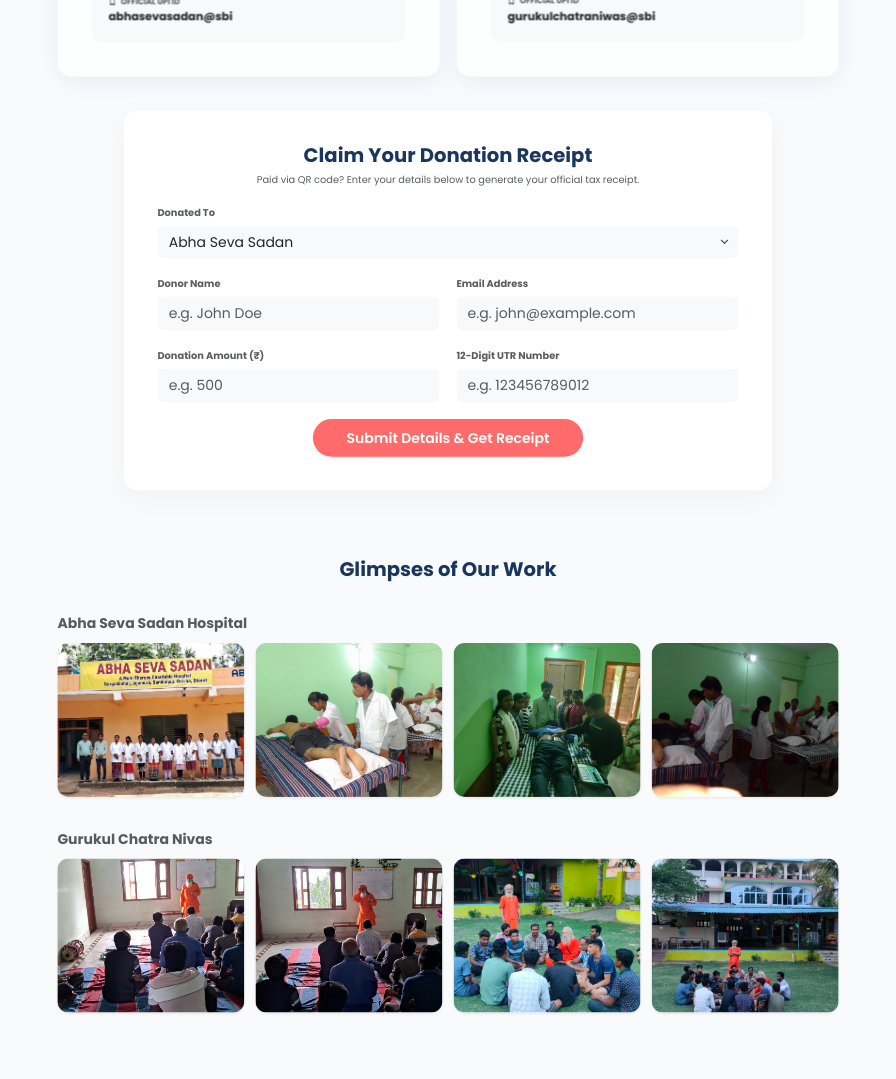
Repository: Gagankumar7869/ngo-website
Page: /
These files come from the project's save history. The page is drawn as it stood at one moment and after the next save; the edit follows.
The browser window is 1280 px wide. The pictures show the part of the page from y = 2079 to 3999 px (the page is 3621 px tall before and 4153 px after), at 70% of full size.
Pictures or frames that could not be fetched are drawn as grey boxes. The project was rebuilt for these pictures with package versions that can differ from the ones it lists, and the page was loaded fresh each time. Also part of the build but not shown: vite.config.js.

Above is the page before, as saved 2026-06-10 13:30:15.

After the next save:
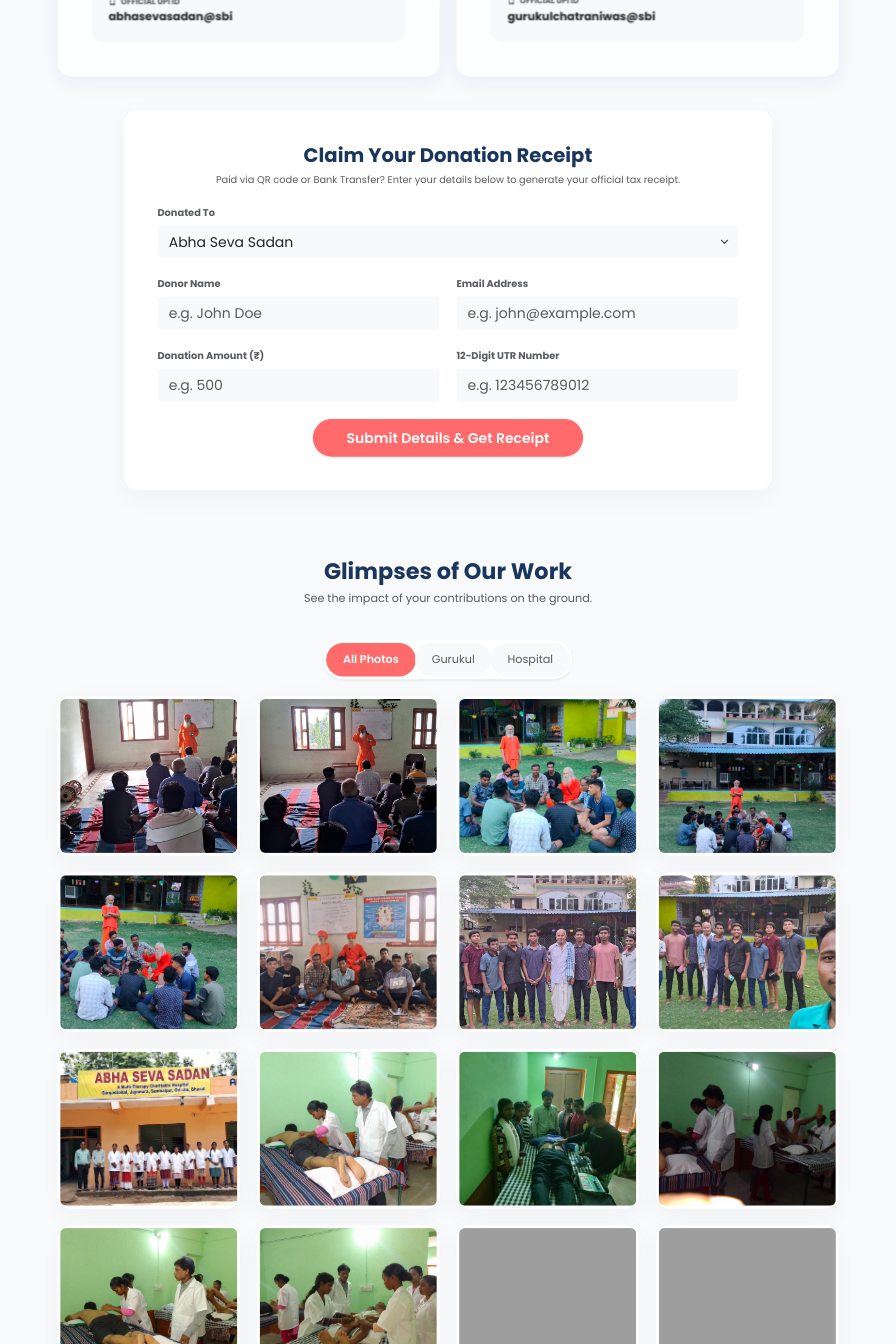
Saved 5 min 47 s later.
--- a/src/pages/Home.jsx
+++ b/src/pages/Home.jsx
@@ -12,6 +12,10 @@
     fundSelect: 'Abha Seva Sadan'
   });
 
+  // --- STATE FOR GALLERY ---
+  const [activeTab, setActiveTab] = useState('All');
+  const [selectedImage, setSelectedImage] = useState(null);
+
   // --- FRONTEND PDF GENERATOR (MATCHING PHYSICAL RECEIPTS) ---
   const handleClaimSubmit = (e) => {
     e.preventDefault();
@@ -128,8 +132,7 @@
     }
   };
 
-  // --- STATE AND HANDLERS FOR IMAGE GALLERY ---
-  const [selectedImage, setSelectedImage] = useState(null);
+  // --- HANDLERS FOR IMAGE MODAL ---
   const handleImageClick = (imagePath) => setSelectedImage(imagePath);
   const closeImage = () => setSelectedImage(null);
 
@@ -234,7 +237,7 @@
                     <p className="fw-bold mb-0 text-dark">SBI, Dhanupali</p>
                   </div>
                 </div>
-                {/* NEW UPI ID SECTION FOR ABHA SEVA SADAN */}
+                {/* UPI ID SECTION FOR ABHA SEVA SADAN */}
                 <div className="pt-2 border-top">
                   <small className="text-muted text-uppercase fw-bold" style={{ fontSize: '0.7rem' }}><FaMobileAlt className="me-1"/> Official UPI ID</small>
                   <p className="fw-bold mb-0 text-dark">abhasevasadan@sbi</p>
@@ -290,7 +293,7 @@
             <div className="premium-card p-4 p-md-5">
               <div className="text-center mb-4">
                 <h3 className="fw-bold" style={{ color: 'var(--primary-blue)' }}>Claim Your Donation Receipt</h3>
-                <p className="text-muted small">Paid via QR code? Enter your details below to generate your official tax receipt.</p>
+                <p className="text-muted small">Paid via QR code or Bank Transfer? Enter your details below to generate your official tax receipt.</p>
               </div>
 
               <form onSubmit={handleClaimSubmit}>
@@ -343,41 +346,77 @@
         </div>
       </div>
 
-      {/* 5. PHOTO GALLERIES */}
+      {/* 5. DYNAMIC TABBED PHOTO GALLERY */}
       <div className="container my-5 pb-5">
-        <h3 className="fw-bold mb-4 text-center" style={{ color: 'var(--primary-blue)' }}>Glimpses of Our Work</h3>
-
-        <h5 className="mt-5 mb-3 text-muted fw-bold">Abha Seva Sadan Hospital</h5>
-        <div className="row g-3">
-          {[1, 2, 3, 4].map((num) => (
-            <div className="col-6 col-md-3" key={`hospital-${num}`}>
-              <img
-                src={`/images/hospital-${num}.jpg`}
-                alt={`Hospital facility ${num}`}
-                className="img-fluid rounded-4 shadow-sm"
-                style={{ cursor: 'pointer', objectFit: 'cover', height: '220px', width: '100%', transition: 'transform 0.3s' }}
-                onMouseOver={(e) => e.target.style.transform = 'scale(1.03)'}
-                onMouseOut={(e) => e.target.style.transform = 'scale(1)'}
-                onClick={() => handleImageClick(`/images/hospital-${num}.jpg`)}
-              />
-            </div>
+        <div className="text-center mb-5">
+          <h2 className="fw-bold" style={{ color: 'var(--primary-blue)' }}>Glimpses of Our Work</h2>
+          <p className="text-muted">See the impact of your contributions on the ground.</p>
+        </div>
+
+        {/* Gallery Tabs */}
+        <div className="d-flex justify-content-center mb-4">
+          <div className="btn-group shadow-sm bg-white rounded-pill p-1">
+            <button
+              className={`btn rounded-pill px-4 ${activeTab === 'All' ? 'btn-coral' : 'btn-light text-muted border-0'}`}
+              onClick={() => setActiveTab('All')}
+            >
+              All Photos
+            </button>
+            <button
+              className={`btn rounded-pill px-4 ${activeTab === 'Gurukul' ? 'btn-coral' : 'btn-light text-muted border-0'}`}
+              onClick={() => setActiveTab('Gurukul')}
+            >
+              Gurukul
+            </button>
+            <button
+              className={`btn rounded-pill px-4 ${activeTab === 'Hospital' ? 'btn-coral' : 'btn-light text-muted border-0'}`}
+              onClick={() => setActiveTab('Hospital')}
+            >
+              Hospital
+            </button>
+          </div>
+        </div>
+
+        {/* Gallery Grid */}
+        <div className="row g-4">
+          {/* GURUKUL IMAGES */}
+          {(activeTab === 'All' || activeTab === 'Gurukul') &&
+            /* You can add more numbers to this array if you have more than 8 photos! */
+            [1, 2, 3, 4, 5, 6, 7, 8].map((num) => (
+              <div className="col-6 col-md-4 col-lg-3" key={`gurukul-${num}`}>
+                <div className="premium-card h-100 p-1">
+                  <img
+                    src={`/images/gurukul-${num}.jpg`}
+                    alt={`Gurukul activities ${num}`}
+                    className="img-fluid rounded-3"
+                    style={{ cursor: 'pointer', objectFit: 'cover', height: '220px', width: '100%', transition: 'transform 0.3s' }}
+                    onMouseOver={(e) => e.target.style.transform = 'scale(1.03)'}
+                    onMouseOut={(e) => e.target.style.transform = 'scale(1)'}
+                    onClick={() => handleImageClick(`/images/gurukul-${num}.jpg`)}
+                    onError={(e) => e.target.style.display = 'none'}
+                  />
+                </div>
+              </div>
           ))}
-        </div>
-
-        <h5 className="mt-5 mb-3 text-muted fw-bold">Gurukul Chatra Nivas</h5>
-        <div className="row g-3">
-          {[1, 2, 3, 4].map((num) => (
-            <div className="col-6 col-md-3" key={`gurukul-${num}`}>
-              <img
-                src={`/images/gurukul-${num}.jpg`}
-                alt={`Gurukul activities ${num}`}
-                className="img-fluid rounded-4 shadow-sm"
-                style={{ cursor: 'pointer', objectFit: 'cover', height: '220px', width: '100%', transition: 'transform 0.3s' }}
-                onMouseOver={(e) => e.target.style.transform = 'scale(1.03)'}
-                onMouseOut={(e) => e.target.style.transform = 'scale(1)'}
-                onClick={() => handleImageClick(`/images/gurukul-${num}.jpg`)}
-              />
-            </div>
+
+          {/* HOSPITAL IMAGES */}
+          {(activeTab === 'All' || activeTab === 'Hospital') &&
+            /* You can add more numbers to this array if you have more than 8 photos! */
+            [1, 2, 3, 4, 5, 6, 7, 8].map((num) => (
+              <div className="col-6 col-md-4 col-lg-3" key={`hospital-${num}`}>
+                <div className="premium-card h-100 p-1">
+                  <img
+                    src={`/images/hospital-${num}.jpg`}
+                    alt={`Hospital facility ${num}`}
+                    className="img-fluid rounded-3"
+                    style={{ cursor: 'pointer', objectFit: 'cover', height: '220px', width: '100%', transition: 'transform 0.3s' }}
+                    onMouseOver={(e) => e.target.style.transform = 'scale(1.03)'}
+                    onMouseOut={(e) => e.target.style.transform = 'scale(1)'}
+                    onClick={() => handleImageClick(`/images/hospital-${num}.jpg`)}
+                    onError={(e) => e.target.style.display = 'none'}
+                  />
+                </div>
+              </div>
           ))}
         </div>
       </div>
